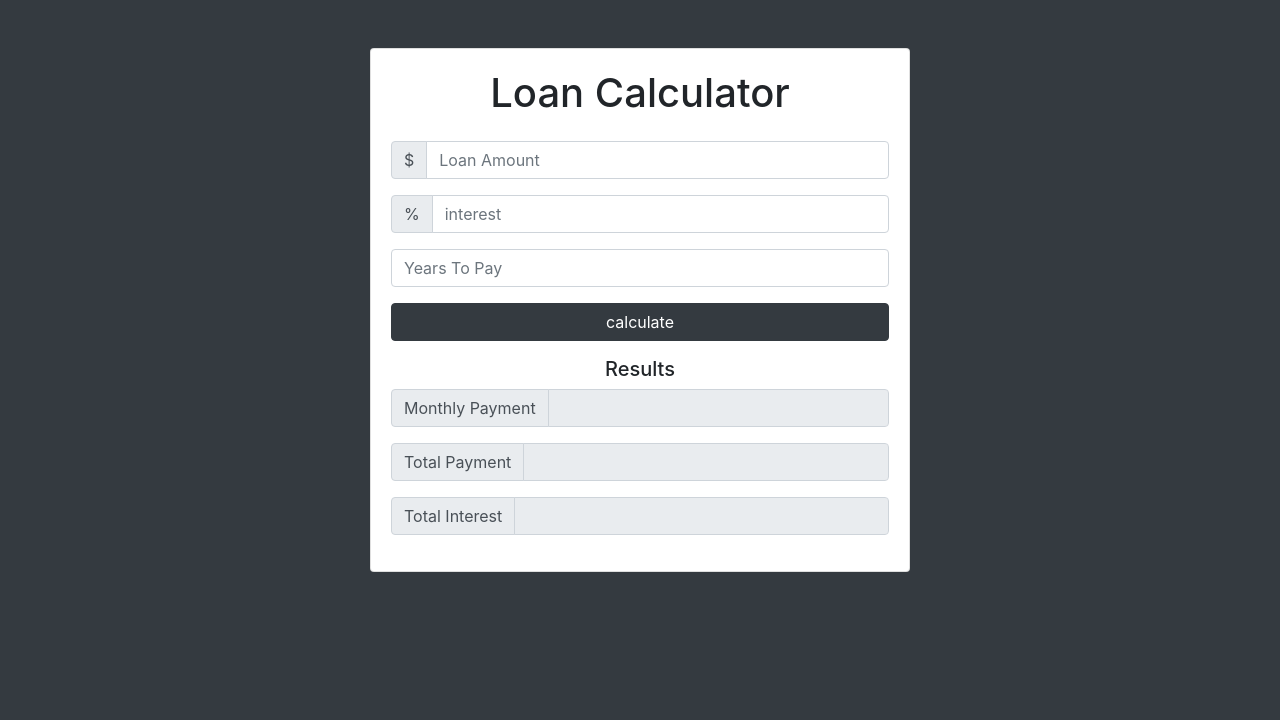
Repository: varun-project/LearningJs
Page: index.html
These files come from the project's save history. The page is drawn as it stood at one moment and after the next save; the edit follows.
The browser window is 1280 px wide. The pictures show the whole page.

Above is the page before, as saved 2019-07-29 23:33:24.

### index.html
<!DOCTYPE html>
<html lang="en">
  <head>
    <!-- Required meta tags -->
    <meta charset="utf-8" />
    <meta
      name="viewport"
      content="width=device-width, initial-scale=1, shrink-to-fit=no"
    />

    <!-- Bootstrap CSS -->
    <link
      rel="stylesheet"
      href="https://stackpath.bootstrapcdn.com/bootstrap/4.3.1/css/bootstrap.min.css"
      integrity="sha384-ggOyR0iXCbMQv3Xipma34MD+dH/1fQ784/j6cY/iJTQUOhcWr7x9JvoRxT2MZw1T"
      crossorigin="anonymous"
    />

    <title>Hello, world!</title>
  </head>
  <body class="bg-dark">
    <div class="container">
      <div class="row">
        <div class="col-md-6 mx-auto">
          <div class="card card-body text-center mt-5">
            <h1 class="heading display-5 pb-3">Loan Calculator</h1>
            <form id="loan-form">
              <div class="form-group">
                <div class="input-group">
                  <div class="input-group-prepend">
                    <div class="input-group-text">$</div>
                  </div>
                  <input
                    type="number"
                    class="form-control"
                    id="amount"
                    placeholder="Loan Amount"
                  />
                </div>
              </div>
              <div class="form-group">
                <div class="input-group">
                  <div class="input-group-prepend">
                    <div class="input-group-text">%</div>
                  </div>
                  <input
                    type="number"
                    class="form-control"
                    id="interest"
                    placeholder="interest"
                  />
                </div>
              </div>
              <div class="form-group">
                <input
                  type="number"
                  class="form-control"
                  id="years"
                  placeholder="Years To Pay"
                />
              </div>
              <div class="form-group">
                <input
                  type="submit"
                  value="calculate"
                  class="btn btn-dark btn-block"
                />
              </div>
            </form>
            <!-- LOADER HERE -->
            <div class="loading">
              <!-- <img src="img/loading.gif" alt=""> -->
            </div>

            <!-- RESULTS -->
            <div id="results">
              <h5>Results</h5>
              <div class="form-group">
                <div class="input-group">
                  <div class="input-group-prepend">
                    <div class="input-group-text">Monthly Payment</div>
                  </div>
                  <input
                    type="number"
                    class="form-control"
                    id="monthlypayment"
                    disabled
                  />
                </div>
              </div>
              <div class="form-group">
                <div class="input-group">
                  <div class="input-group-prepend">
                    <div class="input-group-text">Total Payment</div>
                  </div>
                  <input
                    type="number"
                    class="form-control"
                    id="totalpayment"
                    disabled
                  />
                </div>
              </div>
              <div class="form-group">
                <div class="input-group">
                  <div class="input-group-prepend">
                    <div class="input-group-text">Total Interest</div>
                  </div>
                  <input
                    type="number"
                    class="form-control"
                    id="totalinterest"
                    disabled
                  />
                </div>
              </div>
            </div>
          </div>
        </div>
      </div>
    </div>

    <!-- Optional JavaScript -->
    <!-- jQuery first, then Popper.js, then Bootstrap JS -->
    <script src="./app.js"></script>

    <script
      src="https://code.jquery.com/jquery-3.3.1.slim.min.js"
      integrity="sha384-q8i/X+965DzO0rT7abK41JStQIAqVgRVzpbzo5smXKp4YfRvH+8abtTE1Pi6jizo"
      crossorigin="anonymous"
    ></script>
    <script
      src="https://cdnjs.cloudflare.com/ajax/libs/popper.js/1.14.7/umd/popper.min.js"
      integrity="sha384-UO2eT0CpHqdSJQ6hJty5KVphtPhzWj9WO1clHTMGa3JDZwrnQq4sF86dIHNDz0W1"
      crossorigin="anonymous"
    ></script>
    <script
      src="https://stackpath.bootstrapcdn.com/bootstrap/4.3.1/js/bootstrap.min.js"
      integrity="sha384-JjSmVgyd0p3pXB1rRibZUAYoIIy6OrQ6VrjIEaFf/nJGzIxFDsf4x0xIM+B07jRM"
      crossorigin="anonymous"
    ></script>
  </body>
</html>

### app.js
document.getElementById('loan-form').addEventListener('submit', calculateResults);

function calculateResults(e) {

    console.log('calculating....');
    // console.log(e.target.value);

    const amount = document.getElementById('amount');
    const interest = document.getElementById('interest');
    const years = document.getElementById('years');
    const monthlypayment = document.getElementById('monthlypayment');
    const totalpayment = document.getElementById('totalpayment');
    const totalinterest = document.getElementById('totalinterest');

    const principal = parseFloat(amount.value);
    const calculatedInterest = parseFloat(interest.value) / 100 / 12;
    const calculatedpayments = parseFloat(years.value) * 12;

    // console.log(amount);
    // console.log('interest');
    // console.log('years');
    const x = Math.pow(1 + calculatedInterest, calculatedpayments);
    const monthly = (principal * x * calculatedInterest) / (x - 1);
    if (isFinite(monthly)) {

        monthlypayment.value = monthly.toFixed(2);
        totalpayment.value = (monthly * calculatedpayments).toFixed(2);
        totalinterest.value = ((monthly * calculatedpayments) - principal).toFixed(2);

    } else {
        showerror('please check your numbers');
    }

    // console.log(calculatedpayments+calculatedInterest);

    console.log(x);
    e.preventDefault();

setTimeout(clearerror,3000);
}

function clearerror(){
    document.querySelector('.alert').remove();
}


function showerror(error){
    const errordiv=document.createElement('div');
    const card=document.querySelector('.card');
    const heading=document.querySelector('.heading');


    errordiv.className='alert alert-danger';

     errordiv.appendChild(document.createTextNode(error))

     card.insertBefore(errordiv,heading);
}

After the next save:
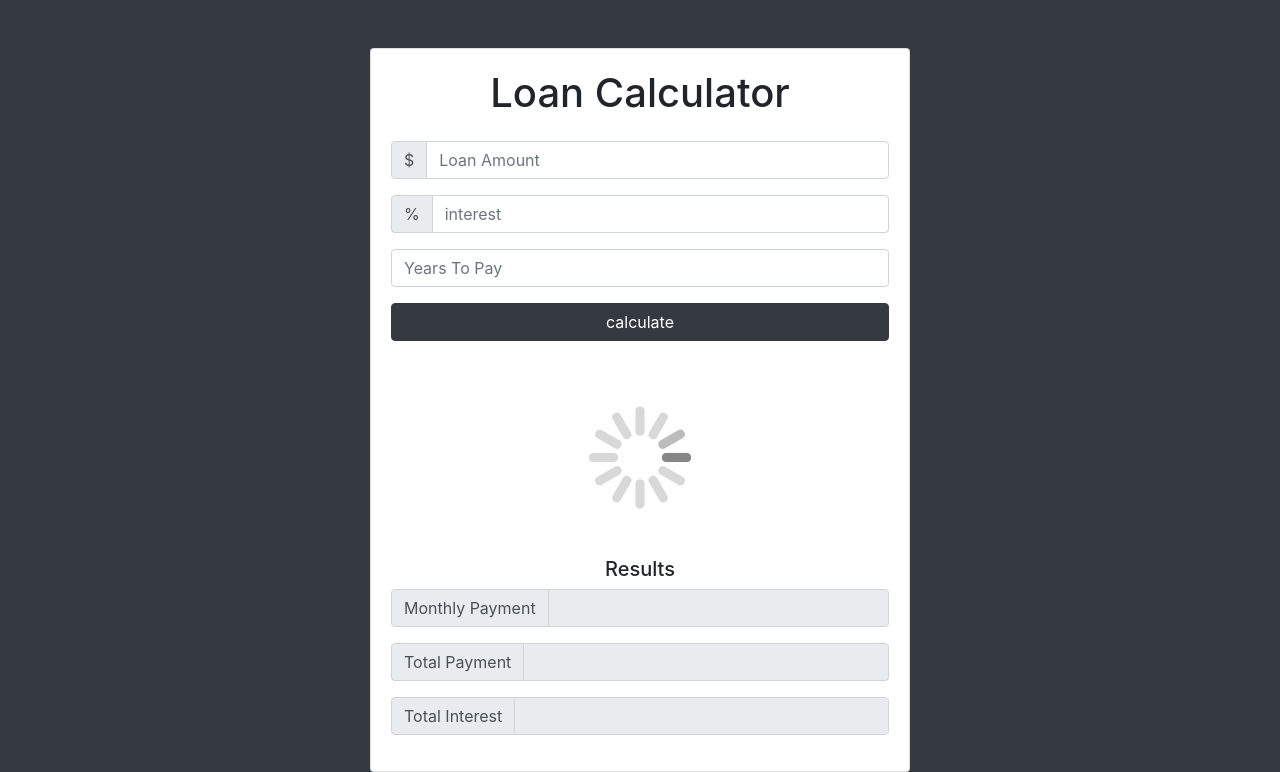
Saved 6 min 48 s later.
--- a/index.html
+++ b/index.html
@@ -69,7 +69,7 @@
             </form>
             <!-- LOADER HERE -->
             <div class="loading">
-              <!-- <img src="img/loading.gif" alt=""> -->
+              <img src="img/loading.gif" alt="">
             </div>
 
             <!-- RESULTS -->
